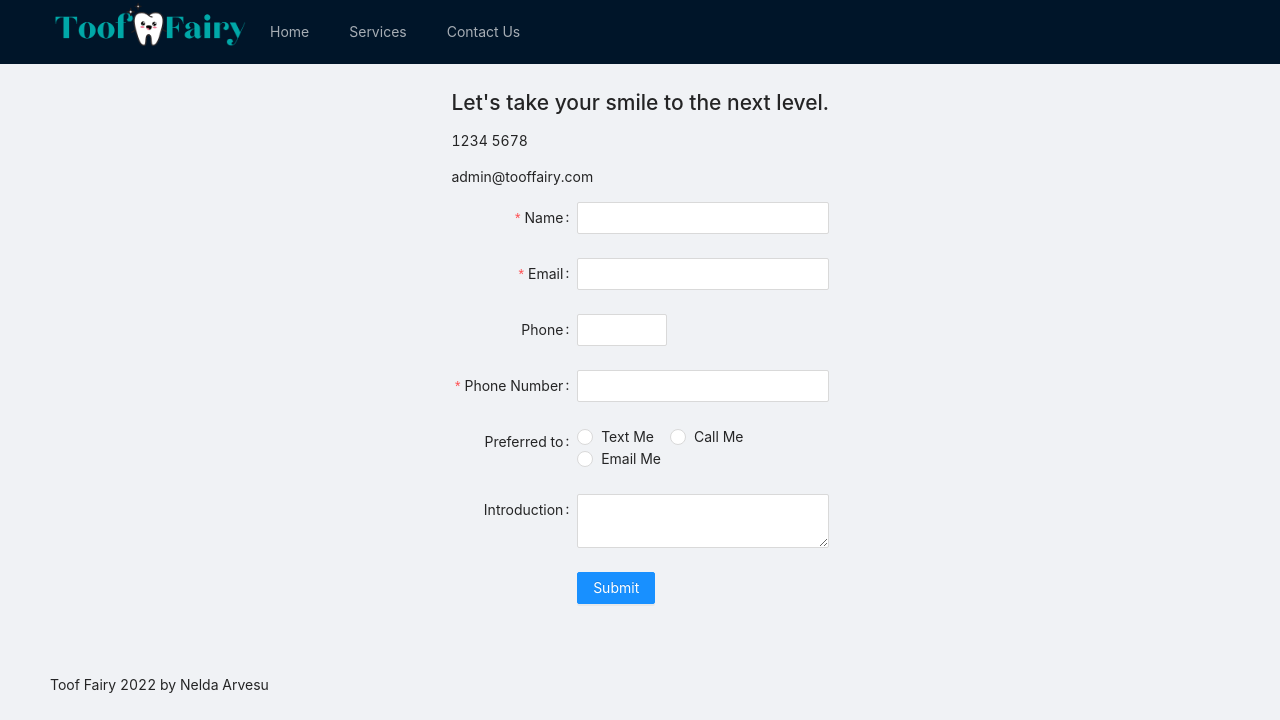
Repository: neldad1/dentist-app
Page: /contact
These files come from the project's save history. The page is drawn as it stood at one moment and after the next save; the edit follows.
The browser window is 1280 px wide. The pictures show the whole page.
The project was rebuilt for these pictures with package versions that can differ from the ones it lists, and the page was loaded fresh each time. Also part of the build but not shown: src/components/Home.jsx, src/components/Services/Cosmetic.jsx, src/components/Services/Resorative.jsx, src/components/Services/Preventative.jsx. Imported but missing from the stored project, and not drawn on this page: src/components/Services.

Above is the page before, as saved 2022-03-09 15:03:14.

### public/index.html
<!DOCTYPE html>
<html lang="en">
  <head>
    <meta charset="utf-8" />
    <link rel="ico" href="%PUBLIC_URL%/tf-logo.svg" />
    <meta name="viewport" content="width=device-width, initial-scale=1" />
    <meta name="theme-color" content="#000000" />
    <meta
      name="description"
      content="Web site created using create-react-app"
    />
    <link rel="apple-touch-icon" href="%PUBLIC_URL%/logo192.png" />
    <!--
      manifest.json provides metadata used when your web app is installed on a
      user's mobile device or desktop. See https://developers.google.com/web/fundamentals/web-app-manifest/
    -->
    <link rel="manifest" href="%PUBLIC_URL%/manifest.json" />
    <!--
      Notice the use of %PUBLIC_URL% in the tags above.
      It will be replaced with the URL of the `public` folder during the build.
      Only files inside the `public` folder can be referenced from the HTML.

      Unlike "/favicon.ico" or "favicon.ico", "%PUBLIC_URL%/favicon.ico" will
      work correctly both with client-side routing and a non-root public URL.
      Learn how to configure a non-root public URL by running `npm run build`.
    -->
    <title>Toof Fairy</title>
  </head>
  <body>
    <noscript>You need to enable JavaScript to run this app.</noscript>
    <div id="root"></div>
    <!--
      This HTML file is a template.
      If you open it directly in the browser, you will see an empty page.

      You can add webfonts, meta tags, or analytics to this file.
      The build step will place the bundled scripts into the <body> tag.

      To begin the development, run `npm start` or `yarn start`.
      To create a production bundle, use `npm run build` or `yarn build`.
    -->
  </body>
</html>

### src/App.js
import { BrowserRouter } from 'react-router-dom';
import './App.css';
import 'antd/dist/antd.min.css';
import Navigation from './components/Router/Navigation';
import AppRoutes from './components/Router/AppRoutes';
import { Layout } from 'antd';
import HeaderLogo from './components/HeaderLogo';
const { Header, Footer, Content } = Layout;

function App() {
  return (
    <Layout className="layout">
      <BrowserRouter>
        <Header>
          <HeaderLogo />
          <Navigation />
        </Header>
        <Content className="content">
          <AppRoutes />
        </Content>
      </BrowserRouter>
      <Footer>Toof Fairy 2022 by Nelda Arvesu</Footer>
    </Layout>
  );
}

export default App;

### src/App.css
.layout {
  height: 100vh;
  width: 100vw;
}

.navigation {
  background-color: inherit;;
}

.logo {
  width: 200px;
  height: 50px;
  /*background: rgba(255, 255, 255, 0.2);
  margin: 16px 24px 16px 0;*/
  float: left;
  color: aquamarine;
  font-family: 'Trebuchet MS', 'Lucida Sans Unicode', 'Lucida Grande', 'Lucida Sans', Arial, sans-serif;
  font-size: 24px;
  font-weight: bold;
}

.content, .home {
  display: flex;
  flex-direction: column;
  align-items: center;
  justify-content: center;
}

.intro-wrapper {
  text-align: center;
}

.home {
  background-image: url('/public/the-humble-co-cADflhZzgyo-unsplash.jpg');
  background-size: cover;
  background-repeat: no-repeat;
  width: 100%;
  height: 100%;
  text-align: center;
}

.content-wrapper {
  width: 50%;
  font-family: 'Segoe UI', sans-serif;
  margin-left: 10em;
}
.tagline1 {
  font-weight: bolder;
  font-size: 3em;
  margin: 0
}
.tagline2 {
  font-size: 1em;
}

### src/components/Router/Navigation.jsx
import { Link } from 'react-router-dom';
import { Menu } from 'antd';
const { SubMenu } = Menu;

const Navigation = () => {
  return (
    <Menu mode="horizontal" theme="dark">
      <Menu.Item key="home">
        <span>Home</span>
        <Link to="/" />
      </Menu.Item>
      <SubMenu key="subMenu" title="Services">
        <Menu.Item key="cosmetic">
          <span>Cosmetic</span>
          <Link to="/cosmetic" />
        </Menu.Item>
        <Menu.Item key="restore">
          <span>Restorative</span>
          <Link to="/restorative" />
        </Menu.Item>
        <Menu.Item key="prevent">
          <span>Preventative</span>
          <Link to="/preventative" />
        </Menu.Item>
      </SubMenu>
      <Menu.Item key="contact">
        <span>Contact Us</span>
        <Link to="/contact" />
      </Menu.Item>
    </Menu>
  );
};

export default Navigation;

### src/components/Router/AppRoutes.jsx
import { Route, Routes } from 'react-router-dom';
import Home from '../Home';
import Services from '../Services';
import Contact from '../Contact';
import Cosmetic from '../Services/Cosmetic';
import Restorative from '../Services/Resorative';
import Preventative from '../Services/Preventative';

const AppRoutes = () => {
  return (
    <Routes>
      <Route exact path="/" element={<Home />} />
      <Route path="/cosmetic" element={<Cosmetic />} />
      <Route path="/restorative" element={<Restorative />} />
      <Route path="/preventative" element={<Preventative />} />
      <Route path="/contact" element={<Contact />} />
    </Routes>
  );
};

export default AppRoutes;

### src/components/HeaderLogo.jsx
const HeaderLogo = () => {
  return <img className="logo" src={require('../tfLogo.png')} alt="TF" />;
};

export default HeaderLogo;

### src/components/Contact.jsx
import { Form, Input, InputNumber, Button, Switch, Radio } from 'antd';

const layout = {
  labelCol: {
    span: 8,
  },
  wrapperCol: {
    span: 16,
  },
};

/* eslint-disable no-template-curly-in-string */

const validateMessages = {
  required: '${label} is required!',
  types: {
    email: '${label} is not a valid email!',
    number: '${label} is not a valid number!',
  },
  number: {
    range: '${label} must be between ${min} and ${max}',
  },
};
/* eslint-enable no-template-curly-in-string */

const Contact = () => {
  const onFinish = (values) => {
    console.log(values);
  };

  return (
    <div>
      <div>
        <h1>Let's take your smile to the next level.</h1>
        <p>1234 5678</p>
        <p>admin@tooffairy.com</p>
      </div>
      <Form
        {...layout}
        name="nest-messages"
        onFinish={onFinish}
        validateMessages={validateMessages}
      >
        <Form.Item
          name={['user', 'name']}
          label="Name"
          rules={[
            {
              required: true,
            },
          ]}
        >
          <Input />
        </Form.Item>
        <Form.Item
          name={['user', 'email']}
          label="Email"
          rules={[
            {
              type: 'email',
              required: true,
            },
          ]}
        >
          <Input />
        </Form.Item>
        <Form.Item
          name={['user', 'phone']}
          label="Phone"
          rules={[
            {
              type: 'number',
              len: 10,
            },
          ]}
        >
          <InputNumber />
        </Form.Item>
        <Form.Item
          name="phone"
          label="Phone Number"
          rules={[
            {
              required: true,
              message: 'Please input your phone number!',
            },
          ]}
        >
          <Input
            style={{
              width: '100%',
            }}
          />
        </Form.Item>
        <Form.Item name="radio-group" label="Preferred to:">
          <Radio.Group>
            <Radio value="a">Text Me</Radio>
            <Radio value="b">Call Me</Radio>
            <Radio value="c">Email Me</Radio>
          </Radio.Group>
        </Form.Item>
        <Form.Item name={['user', 'introduction']} label="Introduction">
          <Input.TextArea />
        </Form.Item>
        <Form.Item wrapperCol={{ ...layout.wrapperCol, offset: 8 }}>
          <Button type="primary" htmlType="submit">
            Submit
          </Button>
        </Form.Item>
      </Form>
    </div>
  );
};

export default Contact;

Loaded but not shown: src/index.js (common file); src/index.css (common file); src/reportWebVitals.js (common file)

After the next save:
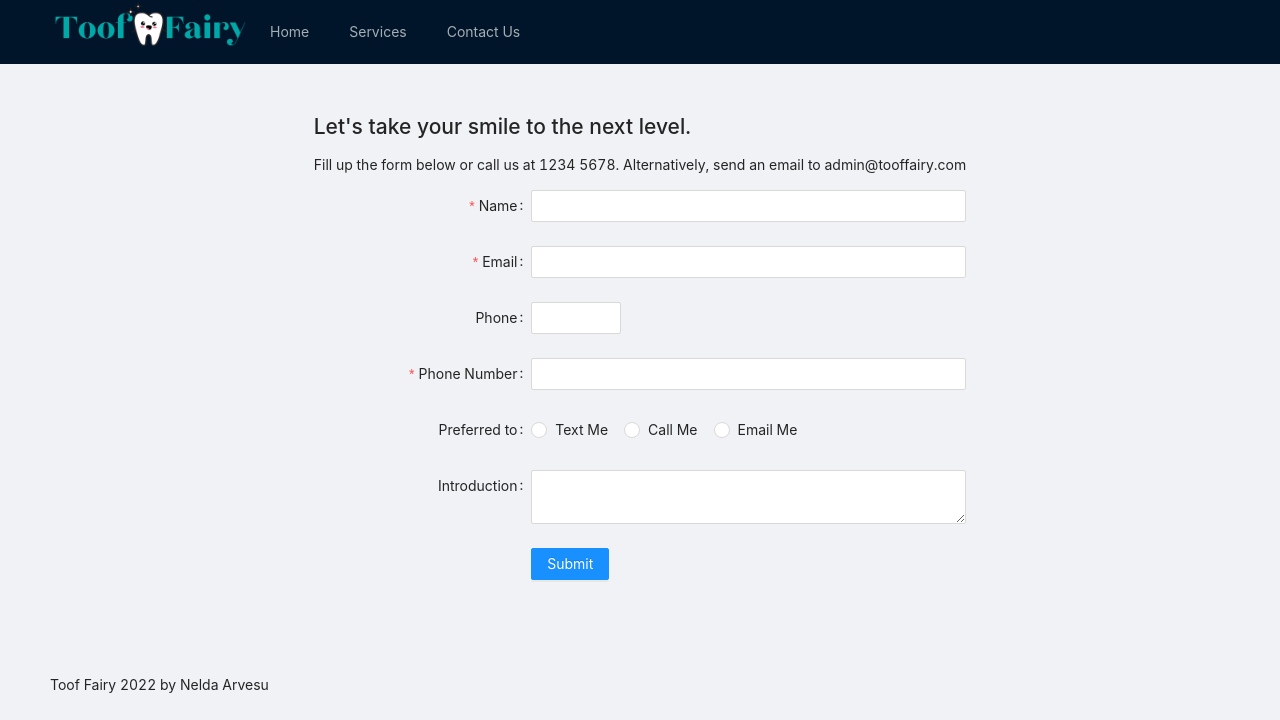
Saved 3 min 37 s later.
--- a/src/components/Contact.jsx
+++ b/src/components/Contact.jsx
@@ -32,8 +32,10 @@
     <div>
       <div>
         <h1>Let's take your smile to the next level.</h1>
-        <p>1234 5678</p>
-        <p>admin@tooffairy.com</p>
+        <p>
+          Fill up the form below or call us at 1234 5678. Alternatively, send an
+          email to admin@tooffairy.com
+        </p>
       </div>
       <Form
         {...layout}

After the 2 saves that followed:
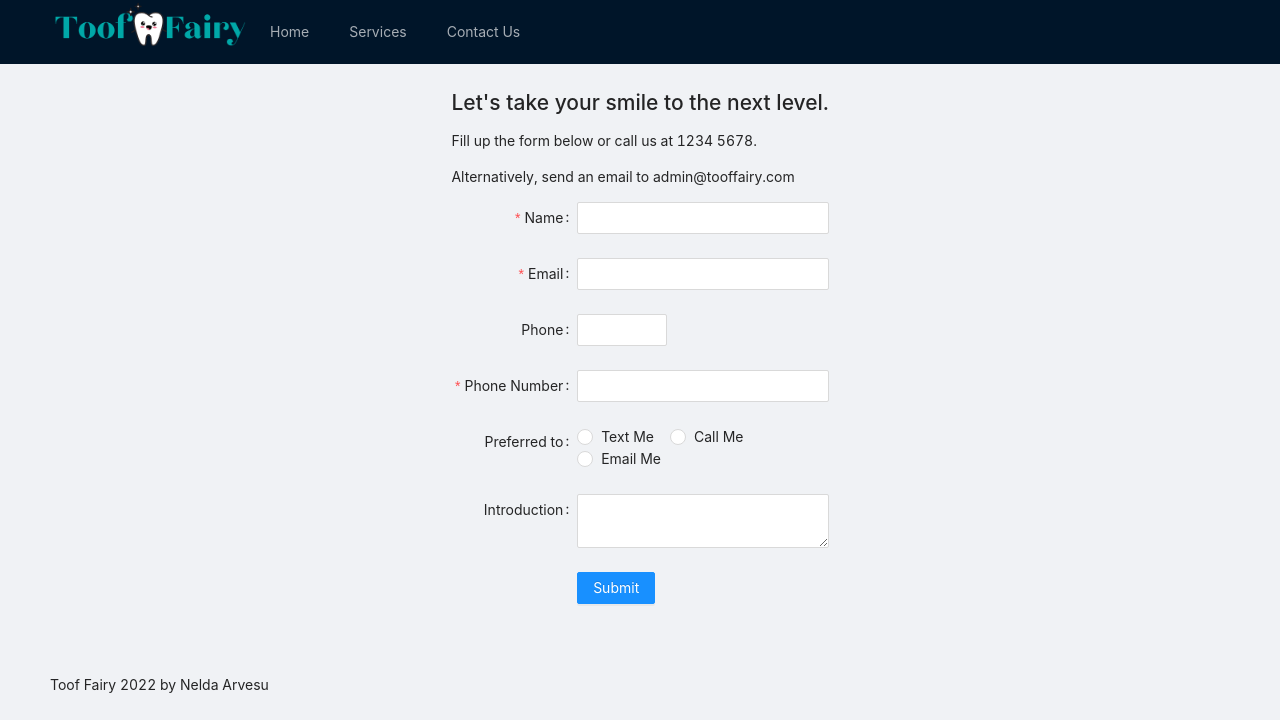
The 2 saves are shown as one change because 1 did not build or start.
The last was saved 68 s later.
--- a/src/components/Contact.jsx
+++ b/src/components/Contact.jsx
@@ -32,10 +32,8 @@
     <div>
       <div>
         <h1>Let's take your smile to the next level.</h1>
-        <p>
-          Fill up the form below or call us at 1234 5678. Alternatively, send an
-          email to admin@tooffairy.com
-        </p>
+        <p>Fill up the form below or call us at 1234 5678. </p>
+        <p>Alternatively, send an email to admin@tooffairy.com</p>
       </div>
       <Form
         {...layout}
